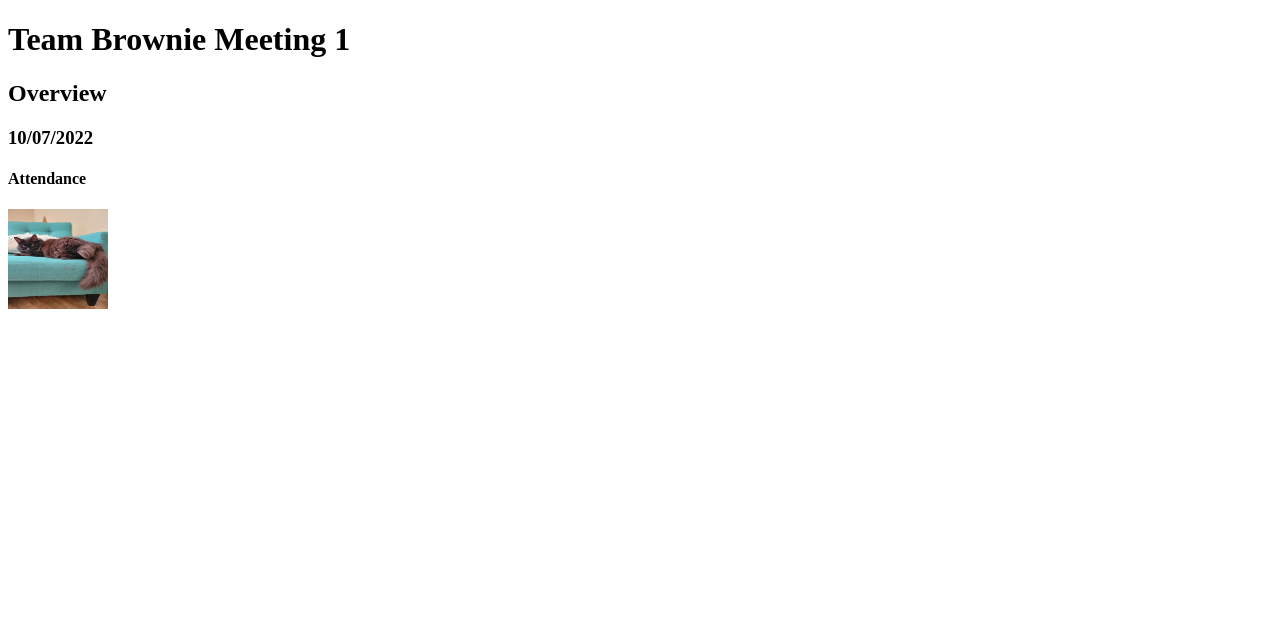
Repository: sarahtthomson/fa22-cse110-lab3
Page: index.html
These files come from the project's save history. The page is drawn as it stood at one moment and after the next save; the edit follows.
The browser window is 1280 px wide. The pictures show the whole page.

Above is the page before, as saved 2022-10-07 14:17:28.

### index.html
<!DOCTYPE html>
<html lang="en">
    <head>
        <Title>Team Brownie</Title>
        <meta name="description" content="Meeting minutes for Team Brownie">
        <link rel="icon" href="/favicon.ico" />
    </head>
    <body>
        <header>
            <h1>Team Brownie Meeting 1</h1>
            <h2>Overview</h2>
            <h3>10/07/2022</h3>
        </header>
        <main>
            <h4>Attendance</h4>
        </main>
        <img height="100" width="100" src="/cat.jpg">
    </body>
</html>

After the next save:
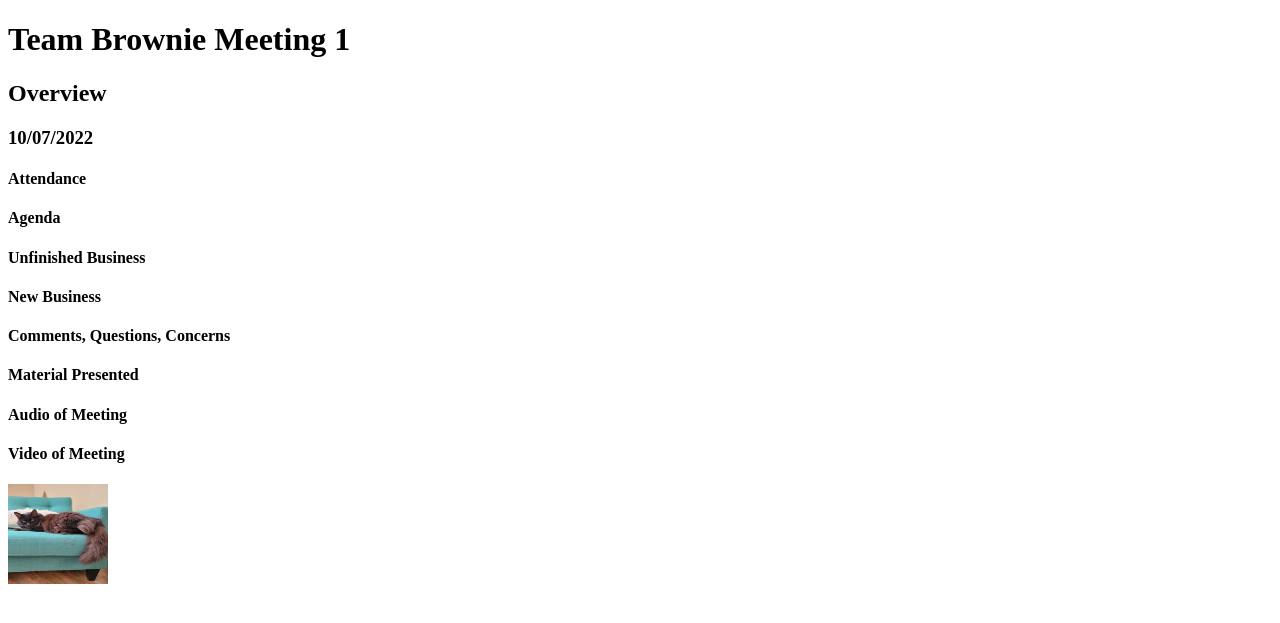
Saved 2 min 9 s later.
--- a/index.html
+++ b/index.html
@@ -13,6 +13,13 @@
         </header>
         <main>
             <h4>Attendance</h4>
+            <h4>Agenda</h4>
+            <h4>Unfinished Business</h4>
+            <h4>New Business</h4>
+            <h4>Comments, Questions, Concerns</h4>
+            <h4>Material Presented</h4>
+            <h4>Audio of Meeting</h4>
+            <h4>Video of Meeting</h4>
         </main>
         <img height="100" width="100" src="/cat.jpg">
     </body>
